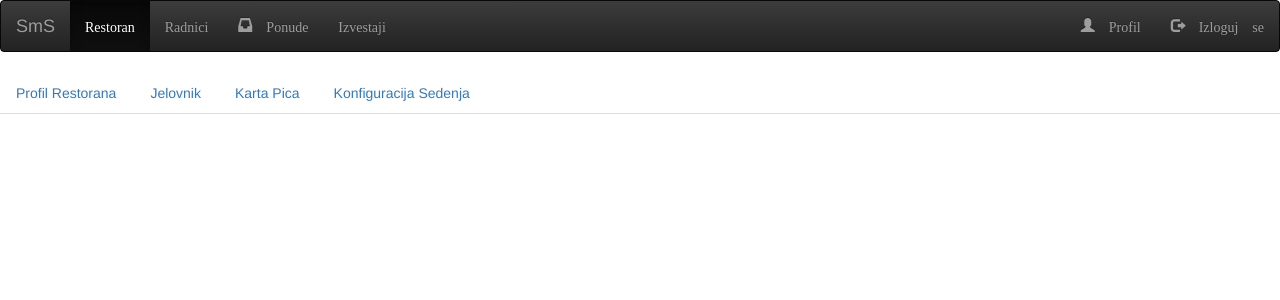
Repository: milanadam94/ISA-2016
Page: jpa-example/src/main/webapp/RestaurantManager/RestaurantManager.html
These files come from the project's save history. The page is drawn as it stood at one moment and after the next save; the edit follows.
The browser window is 1280 px wide. The pictures show the whole page.
The page's requests for data from a server got no answer. Some web libraries are served in a nearby version.

Above is the page before, as saved 2017-03-01 08:20:18.

After the next save:
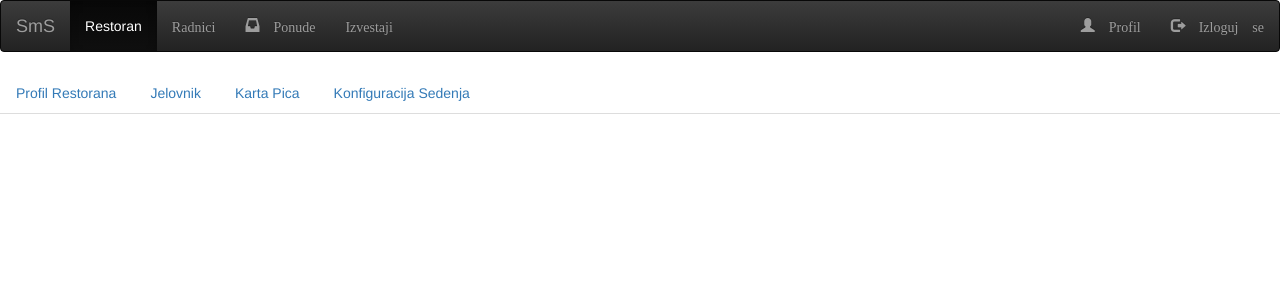
Saved 87 s later.
--- a/jpa-example/src/main/webapp/RestaurantManager/RestaurantManager.html
+++ b/jpa-example/src/main/webapp/RestaurantManager/RestaurantManager.html
@@ -39,7 +39,7 @@
 				<a class="navbar-brand">SmS</a>
 			</div>
 		<ul class="nav navbar-nav">
-			<li class="active"><a href="RestaurantManager.html" ng-click="getRestaurant()"><span class="glyphicon glyphicon-building"> Restoran </span></a></li>
+			<li class="active"><a href="RestaurantManager.html" ng-click="getRestaurant()"><span class="glyphicons glyphicons-building"> Restoran </span></a></li>
 			<li><a href="RestaurantManagerWorkers.html"><span class="glyphicon glyphicon-group"> Radnici</span></a></li>
 			<li><a href="RestaurantManagerOfferers.html"><span class="glyphicon glyphicon-inbox"> Ponude </span></a></li>
 			<li><a href="RestourantManagerReport.html"><span class="glyphicon glyphicon-notes-2"> Izvestaji </span></a></li>
